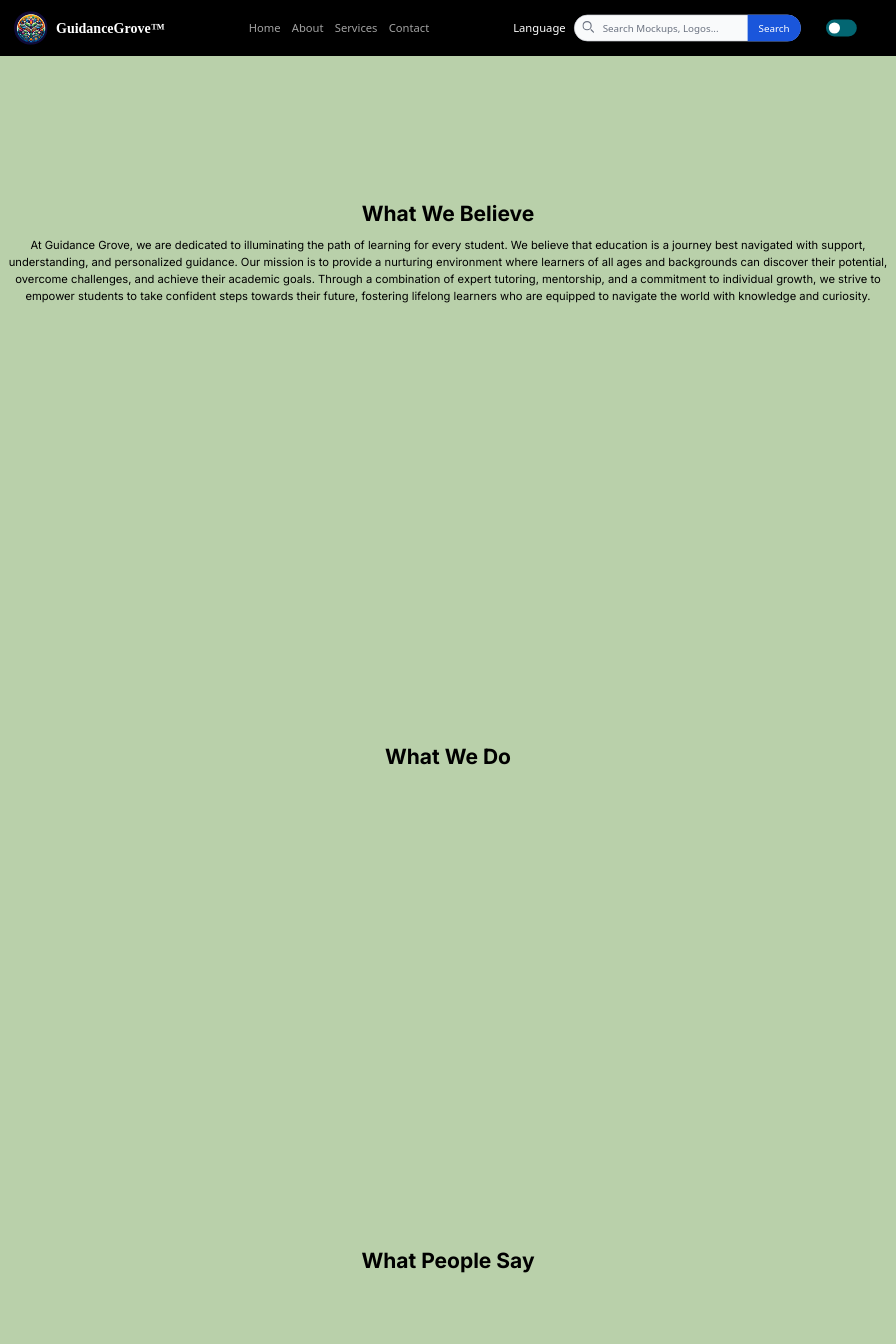
Repository: PositiveGuy/GuidanceGrove
Page: /
These files come from the project's save history. The page is drawn as it stood at one moment and after the next save; the edit follows.
The browser window is 1280 px wide. The pictures show the part of the page from y = 0 to 1920 px (the page is 3874 px tall), at 70% of full size.
The project was rebuilt for these pictures with package versions that can differ from the ones it lists, and the page was loaded fresh each time. The framework's server and built-in components were replaced by stand-ins that run in the browser. Also part of the build but not shown: next.config.js.

Above is the page before, as saved 2023-12-28 15:54:06.

### src/app/layout.tsx
import React from 'react';
import Header from '../components/header';
import Footer from '../components/footer';
import { Inter } from 'next/font/google';
import './globals.css';
import { ThemeContextProvider } from '@/context/ThemeContext';
import ThemeProvider from '@/providers/ThemeProvider';
import ThemeWrapper from '@/components/ThemeWrapper';

//font
const inter = Inter({ subsets: ['latin'] });



//header and footer layout
const RootLayout = ({ children }: { children: React.ReactNode }) => {
  return (
    <html lang='en'>
      <body>
        <ThemeContextProvider>
          <ThemeProvider>
            <Header />
            <ThemeWrapper>
              <main className={inter.className}>{children}</main>
            </ThemeWrapper>
            <Footer />
          </ThemeProvider>
        </ThemeContextProvider>
      </body>
    </html>
  );
};

export default RootLayout;

### src/app/page.tsx
import React from 'react';
//components import
import BelieveSection from '../components/BelieveSection';
import ServicesSection from '../components/ServicesSection';
import TestimonialsSection from '../components/TestimonialsSection';
import CallToActionSection from '../components/CallToActionSection';
import ContactSection from '../components/ContactSection';


//page layout
const Page = () => {
  return (
    <>
      <BelieveSection />
      <ServicesSection />
      <TestimonialsSection />
      <CallToActionSection />
      <ContactSection />
    </>
  );
};

export default Page;

### src/components/header.tsx
"use client"
import { useState } from "react";
import MobileNavigation from "./MobileNavigation";
import ThemeToggle from "./ThemeToggle";
import SearchBar from "./SearchBar";
import { Navbar } from "flowbite-react";


const Header = () => {

  return (
    <>
      <nav className="hidden fixed z-50 w-full h-20 lg  lg:flex justify-between items-center p-5 bg-black">
        {/* Left Side: Logo and GuidanceGrove™ */}
        <div className="flex items-center space-x-3">
          <img src="/Logo/guidance-grove-logo.png" alt="Guidance Grove Logo" className="h-12 w-12 rounded-full" />
          <div className="text-xl font-caveat font-bold text-white">
            GuidanceGrove™
          </div>
        </div>

        {/* Center: Navigation Links */}
        <div>
          <ul className="hidden lg:flex space-x-4">
            <li><a href="/" className="text-neutral-400 hover:text-white">Home</a></li>
            <li><a href="/about" className="text-neutral-400 hover:text-white">About</a></li>
            <li><a href="/services" className="text-neutral-400 hover:text-white">Services</a></li>
            <li><a href="/contact" className="text-neutral-400 hover:text-white">Contact</a></li>
          </ul>
        </div>

        {/* Right Side: Placeholders for Language, Search, and Dark Mode Toggle */}
        <div className="flex items-center space-x-3">
          <div className="text-white">Language</div>
          <SearchBar />
          <ThemeToggle />
          <div >
            <Navbar className='lg:hidden flex   h-20 justify-between items-center p-5 bg-black fixed z-50'       >


              <div className='flex'>

                <ThemeToggle />
                <Navbar.Toggle className="bg-black md:inline-flex lg:hidden" />

                <Navbar.Collapse className='bg-white absolute top-[5rem]'>
                  <SearchBar />
                  <Navbar.Link href="#">Home</Navbar.Link>
                  <Navbar.Link href="#">About</Navbar.Link>
                  <Navbar.Link href="#">Service</Navbar.Link>
                  <Navbar.Link href="#">Contact</Navbar.Link>
                  <Navbar.Link href="#">Language</Navbar.Link>
                </Navbar.Collapse>
              </div>
            </Navbar>
          </div>
        </div>
      </nav>

      {/*Mobile Navbar*/}
      <MobileNavigation />


    </>
  );
};

export default Header;

### src/components/footer.tsx
import Image from "next/image";

const Footer = () => {
  return (
    <footer className="p-5 bg-black shadow-inner text-center">
      <div className="flex justify-center space-x-8 mt-10">
        {/* Placeholder for social icons */}
        <Image src={"/SVGs/ig.svg"} width={50} height={50} alt="ig"></Image>
        <Image src={"/SVGs/fb.svg"} width={50} height={50} alt="fb"></Image>
        <Image src={"/SVGs/tw.svg"} width={50} height={50} alt="tw"></Image>
        <Image src={"/SVGs/wa.svg"} width={50} height={50} alt="wa"></Image>
        <Image src={"/SVGs/yt.svg"} width={50} height={50} alt="in"></Image>
      </div>

      <div className="flex justify-center space-x-1 mb-10 text-teal-50">
        <div className="mt-20">
          ©2023; designed with love and care by
        </div>
        <div className="mt-20 font-caveat">
          GuidanceGrove™
        </div>
      </div>
    </footer>
  );
};
//make GuidanceGrove in font Caveat
export default Footer;

### src/app/globals.css
@tailwind base;
@tailwind components;
@tailwind utilities;

:root {
  --foreground-rgb: 0, 0, 0;
  --background-start-rgb: 214, 219, 220;
  --background-end-rgb: 255, 255, 255;
}

@media (prefers-color-scheme: dark) {
  :root {
    --foreground-rgb: 255, 255, 255;
    --background-start-rgb: 0, 0, 0;
    --background-end-rgb: 0, 0, 0;
  }
}

body {
  color: rgb(var(--foreground-rgb));
  background: linear-gradient(
      to bottom,
      transparent,
      rgb(var(--background-end-rgb))
    )
    rgb(var(--background-start-rgb));
}

.custom-shadow {
    box-shadow: 0 2px 4px rgba(0, 0, 0, 0.2);
}

### src/context/ThemeContext.tsx
"use client"
import { createContext, useState, ReactNode, useEffect } from "react"

interface ChildrenProps {
    children: ReactNode
}

interface ThemeContextType {
    theme: string
    toggle: () => void
}

// This component is responsible to registering and remembering what theme was chosen by the user
// we use local storage for that
export const ThemeContext = createContext<ThemeContextType>({
    theme: "light",
    toggle: () => { },
})

function getFromLocalStorage() {
    if (typeof window === "undefined") {
        return "light";
    }
    const storedTheme = localStorage.getItem("theme");
    console.log("Initial theme from localStorage:", storedTheme); // Debug log
    return storedTheme || "light";
}


export const ThemeContextProvider = ({ children }: ChildrenProps) => {
    const [theme, setTheme] = useState<string>(getFromLocalStorage)

    // since next.js uses server side rendering, we must specify if the transition to client is completed
    const toggle = () => {
        setTheme(prevTheme => prevTheme === "light" ? "dark" : "light");
    };



    useEffect(() => {
        console.log("Updating theme in localStorage to:", theme); // Debug log
        localStorage.setItem("theme", theme);
    }, [theme]);



    return <ThemeContext.Provider value={{ theme, toggle }}>{children}</ThemeContext.Provider>
}

### src/providers/ThemeProvider.tsx
"use client"

import { ThemeContext } from "@/context/ThemeContext"
import { useState, useEffect, useContext, ReactNode } from "react"


interface ChildrenProps {
    children: ReactNode
}

// this component is created to keep the layout/page as server side rendered.
// useContext() requires you to have "use client"

export default function ThemeProvider({ children }: ChildrenProps) {
    const { theme } = useContext(ThemeContext)
    const [mounted, setMounted] = useState(false)

    useEffect(() => {
        setMounted(true)
    }, [])

    if (mounted) {
        return <div className={theme}>{children}</div>
    }
    return <div className={theme}>{children}</div>
}

### src/components/ThemeWrapper.tsx
"use client"
import React, { useContext } from 'react';
import { ThemeContext } from '@/context/ThemeContext';

const ThemeWrapper = ({ children }: { children: React.ReactNode }) => {
    const { theme } = useContext(ThemeContext);

    return (
        <div className={`${theme === "light" ? " bg-sage text-black" : "bg-gray-700 text-slate-400"}`}>
            {children}
        </div>
    );
};

export default ThemeWrapper;

### src/components/BelieveSection.tsx
"use client"
import { ThemeContext } from "@/context/ThemeContext";
import { useContext } from "react";

const BelieveSection = () => {
  const { theme } = useContext(ThemeContext)
  return (
    <div id="believe" className={`h-screen flex items-center justify-center`}>
      <div className="text-center">
        <h2 className="text-3xl font-bold">What We Believe</h2>
        <p className="mt-4">At Guidance Grove, we are dedicated to illuminating the path of learning for every student.
          We believe that education is a journey best navigated with support, understanding, and personalized guidance.
          Our mission is to provide a nurturing environment where learners of all ages and backgrounds
          can discover their potential, overcome challenges, and achieve their academic goals.
          Through a combination of expert tutoring, mentorship, and a commitment to individual growth,
          we strive to empower students to take confident steps towards their future,
          fostering lifelong learners who are equipped to navigate the world with knowledge and curiosity.</p>
      </div>
    </div>
  );
};

export default BelieveSection;

### src/components/ServicesSection.tsx
"use client"
import { ThemeContext } from "@/context/ThemeContext";
import { useContext } from "react";

const ServicesSection = () => {
  const { theme } = useContext(ThemeContext)
  return (
    <div id="services" className={`h-screen flex items-center justify-center  `}>
      <div className="text-center">
        <h2 className="text-3xl font-bold">What We Do</h2>
        {/* Add service details here */}
      </div>
    </div>
  );
};

export default ServicesSection;

### src/components/TestimonialsSection.tsx
"use client"
import { ThemeContext } from "@/context/ThemeContext";
import { useContext } from "react";

const TestimonialsSection = () => {
  const { theme } = useContext(ThemeContext)
  return (
    <div id="testimonials" className={`h-screen flex items-center justify-center   `}>
      <div className="text-center">
        <h2 className="text-3xl font-bold">What People Say</h2>
        {/* Add testimonials here */}
      </div>
    </div>
  );
};

export default TestimonialsSection;

### src/components/CallToActionSection.tsx
"use client"
import { ThemeContext } from "@/context/ThemeContext";
import { useContext } from "react";

const CallToActionSection = () => {
  const { theme } = useContext(ThemeContext)
  return (
    <div id="cta" className={`h-screen flex items-center justify-center  `}>
      <div className="container mx-auto px-4 sm:px-6 lg:px-8">
        <div className="flex flex-wrap -mx-4 items-center">
          <div className="text-left lg:w-1/2 px-4 mb-4 lg:mb-0">
            <h2 className="text-5xl font-bold">Payments tool for software companies</h2>
            <p className="mt-2 text-lg">From checkout to global sales tax compliance, companies around the world use Flowbite to simplify their payment stack.</p>
            <button className="mt-4 bg-blue-500 text-white py-2 px-4 rounded hover:bg-blue-700">
              Get started ➤
            </button>
          </div>
          <div className="lg:w-1/2 px-4 flex justify-center lg:justify-end">
            <img src="DALLE/career.png" alt="Software Payment Tool" className="object-contain lg:object-cover h-80 w-full lg:w-auto rounded-lg shadow-lg" />
          </div>
        </div>
      </div>
    </div>
  );
};

export default CallToActionSection;

### src/components/ContactSection.tsx
"use client"
import { ThemeContext } from "@/context/ThemeContext";
import { useContext } from "react";

const ContactSection = () => {
  const { theme } = useContext(ThemeContext)
  return (
    <div id="contact" className={`h-screen flex items-center justify-center  `}>
      <div className="text-center">
        <h2 className="text-3xl font-bold">Contact Us</h2>
        {/* Add contact form or information here */}
      </div>
    </div>
  );
};

export default ContactSection;

### src/components/MobileNavigation.tsx
import { Navbar } from 'flowbite-react';
import Link from 'next/link';
import { useState } from 'react';
import ThemeToggle from './ThemeToggle';
import SearchBar from './SearchBar';

export default function MobileNavigation() {


    return (
        <Navbar className='md:hidden flex   w-full h-20 justify-between items-center p-5 bg-black fixed z-50'       >

            <div className="flex items-center space-x-3">
                <img src="/Logo/guidance-grove-logo.png" alt="Guidance Grove Logo" className="h-12 w-12 rounded-full" />

            </div>

            <div className='flex'>
                <div className='hidden'>
                    <SearchBar />
                </div>
                <ThemeToggle />
                <Navbar.Toggle className="bg-black md:inline-flex lg:hidden" />

                <Navbar.Collapse className='bg-white absolute top-[5rem]'>
                    <SearchBar />
                    <Navbar.Link href="#">Home</Navbar.Link>
                    <Navbar.Link href="#">About</Navbar.Link>
                    <Navbar.Link href="#">Service</Navbar.Link>
                    <Navbar.Link href="#">Contact</Navbar.Link>
                    <Navbar.Link href="#">Language</Navbar.Link>
                </Navbar.Collapse>
            </div>
        </Navbar>
    );
}

### src/components/ThemeToggle.tsx
"use client"
import { useContext } from 'react'
import { Switch } from '@headlessui/react'
import { ThemeContext } from '@/context/ThemeContext'

export default function Example() {
    const { toggle, theme } = useContext(ThemeContext)

    // Determine if the switch should be on or off based on the current theme
    const isDarkMode = theme === 'dark'

    return (
        <div className="flex items-center justify-center p-6"> {/* Adjusted for centering */}
            <Switch
                checked={isDarkMode}
                onChange={toggle} // Use the toggle function from context
                className={`${isDarkMode ? 'bg-teal-900' : 'bg-teal-700'}
                    relative inline-flex items-center h-6 rounded-full w-11 transition-colors focus:outline-none`}
            >
                <span className="sr-only">Toggle theme</span>
                <span
                    aria-hidden="true"
                    className={`${isDarkMode ? 'translate-x-6' : 'translate-x-1'}
                        inline-block w-4 h-4 transform bg-white rounded-full transition-transform`}
                />
            </Switch>
        </div>
    )
}

### src/components/SearchBar.tsx
export default function SearchBar() {
    return (
        <form className="flex items-center">
            <div className="relative w-full">
                {/* Search Icon */}
                <div className="absolute inset-y-0 left-0 flex items-center pl-3">
                    <svg className="w-5 h-5 text-gray-500 dark:text-gray-400" xmlns="http://www.w3.org/2000/svg" fill="none" viewBox="0 0 24 24" stroke="currentColor">
                        <path strokeLinecap="round" strokeLinejoin="round" strokeWidth={2} d="M19 19l-4-4m0-7A7 7 0 1 1 1 8a7 7 0 0 1 14 0z" />
                    </svg>
                </div>

                {/* Input Field */}
                <input
                    type="search"
                    id="default-search"
                    className="block w-full pl-10 pr-20 text-sm text-gray-900 border border-gray-300 rounded-full bg-gray-50 focus:ring-blue-500 focus:border-blue-500 dark:bg-gray-700 dark:border-gray-600 dark:placeholder-gray-400 dark:text-white dark:focus:ring-blue-500 dark:focus:border-blue-500"
                    placeholder="Search Mockups, Logos..."
                    required
                />

                {/* Search Button */}
                <button type="submit" className="text-white absolute right-0 top-0 bottom-0 bg-blue-700 hover:bg-blue-800 focus:ring-4 focus:outline-none focus:ring-blue-300 font-medium rounded-r-full text-sm px-4 py-2 dark:bg-blue-600 dark:hover:bg-blue-700 dark:focus:ring-blue-800">Search</button>
            </div>
        </form>
    );
}

### tailwind.config.ts
import type { Config } from 'tailwindcss'

const config: Config = {
  content: [
    "./node_modules/flowbite-react/lib/**/*.js",
    './src/pages/**/*.{js,ts,jsx,tsx,mdx}',
    './src/components/**/*.{js,ts,jsx,tsx,mdx}',
    './src/app/**/*.{js,ts,jsx,tsx,mdx}',
  ],
  theme: {
    extend: {
      backgroundImage: {
        'gradient-radial': 'radial-gradient(var(--tw-gradient-stops))',
        'gradient-conic':
          'conic-gradient(from 180deg at 50% 50%, var(--tw-gradient-stops))',

      },
      colors: {
        sage: '#B9D0AA',
      },

      fontFamily: {
        caveat: ['Caveat', 'cursive'],
      },

    },

  },
  plugins: [
    require("flowbite/plugin")
  ],
}
export default config

After the next save:
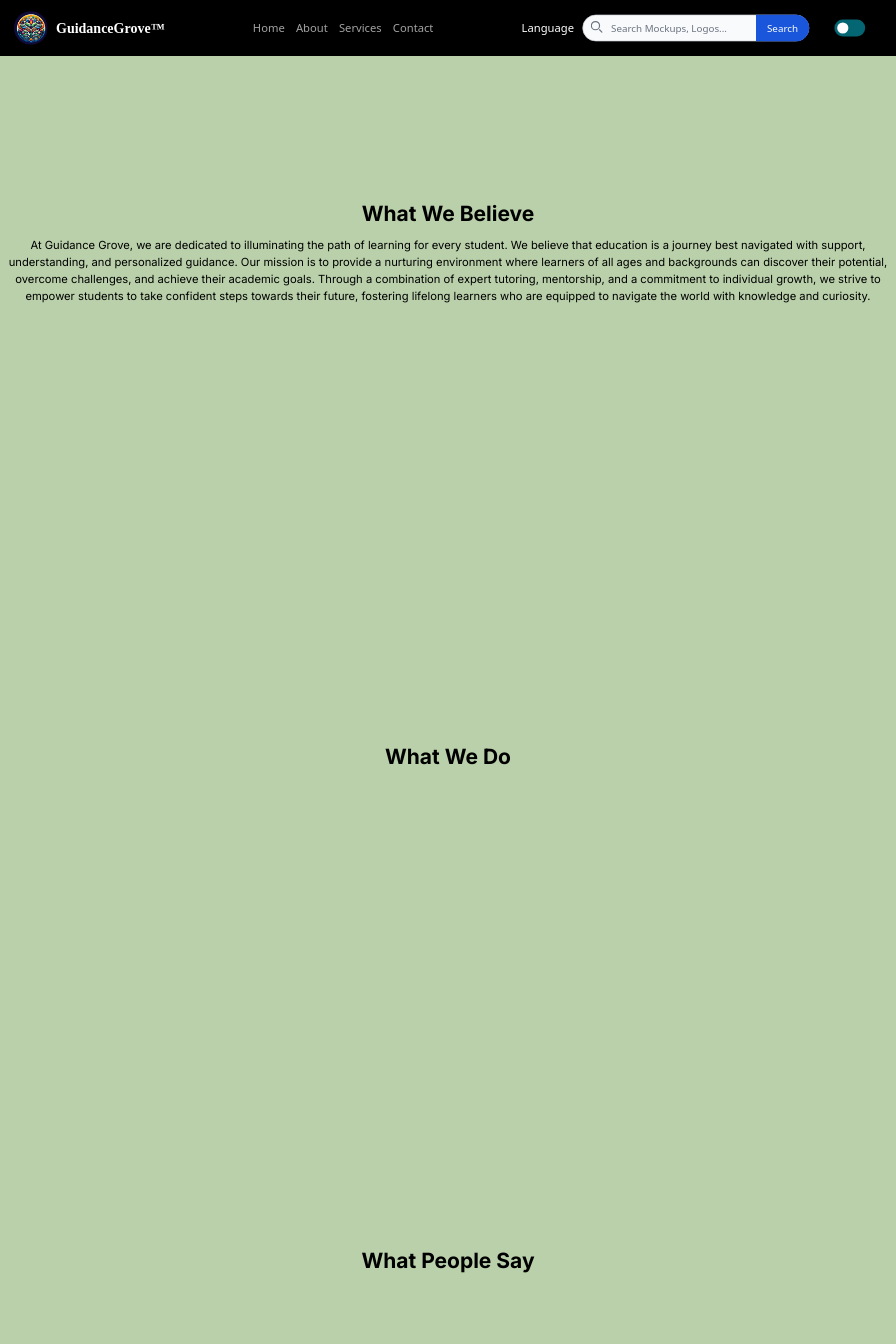
Saved 65 s later.
--- a/src/components/header.tsx
+++ b/src/components/header.tsx
@@ -34,29 +34,35 @@ const Header = () => {
           <div className="text-white">Language</div>
           <SearchBar />
           <ThemeToggle />
-          <div >
-            <Navbar className='lg:hidden flex   h-20 justify-between items-center p-5 bg-black fixed z-50'       >
 
-
-              <div className='flex'>
-
-                <ThemeToggle />
-                <Navbar.Toggle className="bg-black md:inline-flex lg:hidden" />
-
-                <Navbar.Collapse className='bg-white absolute top-[5rem]'>
-                  <SearchBar />
-                  <Navbar.Link href="#">Home</Navbar.Link>
-                  <Navbar.Link href="#">About</Navbar.Link>
-                  <Navbar.Link href="#">Service</Navbar.Link>
-                  <Navbar.Link href="#">Contact</Navbar.Link>
-                  <Navbar.Link href="#">Language</Navbar.Link>
-                </Navbar.Collapse>
-              </div>
-            </Navbar>
-          </div>
         </div>
       </nav>
 
+      {/*Meium View Navbar*/}
+      <Navbar className='lg:hidden flex   w-full h-20 justify-between items-center p-5 bg-black fixed z-50'       >
+
+        <div className="flex items-center space-x-3">
+          <img src="/Logo/guidance-grove-logo.png" alt="Guidance Grove Logo" className="h-12 w-12 rounded-full" />
+
+        </div>
+
+        <div className='flex'>
+          <div className='hidden'>
+            <SearchBar />
+          </div>
+          <ThemeToggle />
+          <Navbar.Toggle className="bg-black md:inline-flex lg:hidden" />
+
+          <Navbar.Collapse className='bg-white absolute top-[5rem]'>
+            <SearchBar />
+            <Navbar.Link href="#">Home</Navbar.Link>
+            <Navbar.Link href="#">About</Navbar.Link>
+            <Navbar.Link href="#">Service</Navbar.Link>
+            <Navbar.Link href="#">Contact</Navbar.Link>
+            <Navbar.Link href="#">Language</Navbar.Link>
+          </Navbar.Collapse>
+        </div>
+      </Navbar>
       {/*Mobile Navbar*/}
       <MobileNavigation />
 
